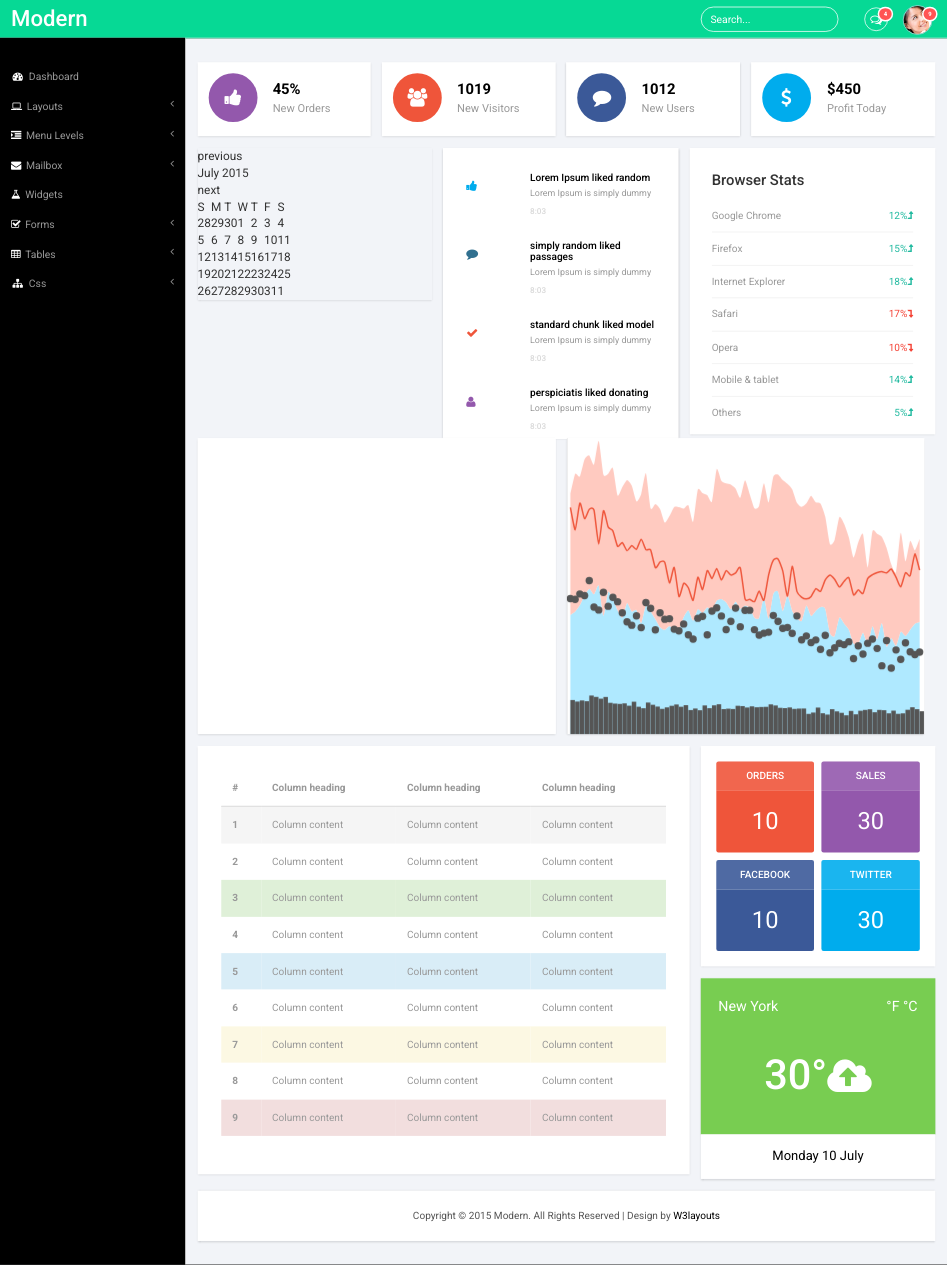
Repository: NomanMustafa/laravel-blog
Page: http://localhost/dashboard
These files come from the project's save history. The page is drawn as it stood at one moment and after the next save; the edit follows.
The browser window is 1280 px wide. The pictures show the whole page, at 74% of full size.
The page is served by the project's Laravel application, run on PHP 8.4 with Laravel 8. A made-up administrator, Test User (test@example.com), is signed in. Other server files are loaded and not shown.

Above is the page before, as saved 2020-07-05 00:04:43.
Console error: ReferenceError: sample_data is not defined

### routes/web.php
<?php

use Illuminate\Support\Facades\Route;

/*
|--------------------------------------------------------------------------
| Web Routes
|--------------------------------------------------------------------------
|
| Here is where you can register web routes for your application. These
| routes are loaded by the RouteServiceProvider within a group which
| contains the "web" middleware group. Now create something great!
|
 */

// Route::get('/', function () {
//     return view('welcome');
// });
Route::get('/', 'PublicControler@index')->name('index');
Route::get('post/{id}', 'PublicControler@singlePost')->name('singlePost');
Route::get('/about', 'PublicControler@about')->name('about');
Route::get('/contect', 'PublicControler@contect')->name('contect');
Route::post('/contect', 'PublicControler@contectPost')->name('contectPost');

Auth::routes();
Route::get('/dashboard', 'HomeController@index')->name('dashboard');

Route::prefix('admin')->group(function(){
    Route::get('/dashboard' , 'AdminController@dashboard')->name('adminDashboard');
});

### resources/views/includes/admin/sideBar.blade.php
<div class="navbar-default sidebar" role="navigation">
                <div class="sidebar-nav navbar-collapse">
                    <ul class="nav" id="side-menu">
                        <li>
                            <a href="index.html"><i class="fa fa-dashboard fa-fw nav_icon"></i>Dashboard</a>
                        </li>
                        <li>
                            <a href="#"><i class="fa fa-laptop nav_icon"></i>Layouts<span class="fa arrow"></span></a>
                            <ul class="nav nav-second-level">
                                <li>
                                    <a href="grids.html">Grid System</a>
                                </li>
                            </ul>
                            <!-- /.nav-second-level -->
                        </li>
                        <li>
                            <a href="#"><i class="fa fa-indent nav_icon"></i>Menu Levels<span class="fa arrow"></span></a>
                            <ul class="nav nav-second-level">
                                <li>
                                    <a href="graphs.html">Graphs</a>
                                </li>
                                <li>
                                    <a href="typography.html">Typography</a>
                                </li>
                            </ul>
                            <!-- /.nav-second-level -->
                        </li>
                        <li>
                            <a href="#"><i class="fa fa-envelope nav_icon"></i>Mailbox<span class="fa arrow"></span></a>
                            <ul class="nav nav-second-level">
                                <li>
                                    <a href="inbox.html">Inbox</a>
                                </li>
                                <li>
                                    <a href="compose.html">Compose email</a>
                                </li>
                            </ul>
                            <!-- /.nav-second-level -->
                        </li>
                        <li>
                            <a href="widgets.html"><i class="fa fa-flask nav_icon"></i>Widgets</a>
                        </li>
                         <li>
                            <a href="#"><i class="fa fa-check-square-o nav_icon"></i>Forms<span class="fa arrow"></span></a>
                            <ul class="nav nav-second-level">
                                <li>
                                    <a href="forms.html">Basic Forms</a>
                                </li>
                                <li>
                                    <a href="validation.html">Validation</a>
                                </li>
                            </ul>
                            <!-- /.nav-second-level -->
                        </li>
                        <li>
                            <a href="#"><i class="fa fa-table nav_icon"></i>Tables<span class="fa arrow"></span></a>
                            <ul class="nav nav-second-level">
                                <li>
                                    <a href="basic_tables.html">Basic Tables</a>
                                </li>
                            </ul>
                            <!-- /.nav-second-level -->
                        </li>
                        <li>
                            <a href="#"><i class="fa fa-sitemap fa-fw nav_icon"></i>Css<span class="fa arrow"></span></a>
                            <ul class="nav nav-second-level">
                                <li>
                                    <a href="media.html">Media</a>
                                </li>
                                <li>
                                    <a href="login.html">Login</a>
                                </li>
                            </ul>
                            <!-- /.nav-second-level -->
                        </li>
                    </ul>
                </div>
                <!-- /.sidebar-collapse -->
            </div>
            <!-- /.navbar-static-side -->

### resources/views/layouts/admin.blade.php
<!--
Author: W3layouts
Author URL: http://w3layouts.com
License: Creative Commons Attribution 3.0 Unported
License URL: http://creativecommons.org/licenses/by/3.0/
-->
<!DOCTYPE HTML>
<html>
<head>
<title>Modern an Admin Panel Category Flat Bootstarp Resposive Website Template | Home :: w3layouts</title>
<meta name="viewport" content="width=device-width, initial-scale=1">
<meta http-equiv="Content-Type" content="text/html; charset=utf-8" />
<meta name="keywords" content="Modern Responsive web template, Bootstrap Web Templates, Flat Web Templates, Andriod Compatible web template,
Smartphone Compatible web template, free webdesigns for Nokia, Samsung, LG, SonyErricsson, Motorola web design" />
<script type="application/x-javascript"> addEventListener("load", function() { setTimeout(hideURLbar, 0); }, false); function hideURLbar(){ window.scrollTo(0,1); } </script>
 <!-- Bootstrap Core CSS -->
<link href="{{ asset('admin/assets/css/bootstrap.min.css') }}" rel='stylesheet' type='text/css' />
<!-- Custom CSS -->
<link href="{{ asset('admin/assets/css/style.css') }}" rel='stylesheet' type='text/css' />
<!-- Graph CSS -->
<link href="{{ asset('admin/assets/css/lines.css') }}" rel='stylesheet' type='text/css' />
<link href="{{ asset('admin/assets/css/font-awesome.css') }}" rel="stylesheet">
<!-- jQuery -->
<script src="{{ asset('admin/assets/js/jquery.min.js') }}"></script>
<!----webfonts--->
<link href='http://fonts.googleapis.com/css?family=Roboto:400,100,300,500,700,900' rel='stylesheet' type='text/css'>
<!---//webfonts--->
<!-- Nav CSS -->
<link href="{{ asset('admin/assets/css/custom.css') }}" rel="stylesheet">
<!-- Metis Menu Plugin JavaScript -->
<script src="{{ asset('admin/assets/js/metisMenu.min.js') }}"></script>
<script src="{{ asset('admin/assets/js/custom.js') }}"></script>
<!-- Graph JavaScript -->
<script src="{{ asset('admin/assets/js/d3.v3.js') }}"></script>
<script src="{{ asset('admin/assets/js/rickshaw.js') }}"></script>
</head>
<body>
@yield('content')
<script>

var seriesData = [ [], [], [], [], [] ];
var random = new Rickshaw.Fixtures.RandomData(50);

for (var i = 0; i < 75; i++) {
	random.addData(seriesData);
}

var graph = new Rickshaw.Graph( {
	element: document.getElementById("chart"),
	renderer: 'multi',

	dotSize: 5,
	series: [
		{
			name: 'temperature',
			data: seriesData.shift(),
			color: '#AFE9FF',
			renderer: 'stack'
		}, {
			name: 'heat index',
			data: seriesData.shift(),
			color: '#FFCAC0',
			renderer: 'stack'
		}, {
			name: 'dewpoint',
			data: seriesData.shift(),
			color: '#555',
			renderer: 'scatterplot'
		}, {
			name: 'pop',
			data: seriesData.shift().map(function(d) { return { x: d.x, y: d.y / 4 } }),
			color: '#555',
			renderer: 'bar'
		}, {
			name: 'humidity',
			data: seriesData.shift().map(function(d) { return { x: d.x, y: d.y * 1.5 } }),
			renderer: 'line',
			color: '#ef553a'
		}
	]
} );


graph.render();

var detail = new Rickshaw.Graph.HoverDetail({
	graph: graph
});
</script>
</div>
	      <!-- map -->
<link href="css/jqvmap.css" rel='stylesheet' type='text/css' />
<script src="js/jquery.vmap.js"></script>
<script src="js/jquery.vmap.sampledata.js" type="text/javascript"></script>
<script src="js/jquery.vmap.world.js" type="text/javascript"></script>
<script type="text/javascript">
	jQuery(document).ready(function() {
		jQuery('#vmap').vectorMap({
		    map: 'world_en',
		    backgroundColor: '#333333',
		    color: '#ffffff',
		    hoverOpacity: 0.7,
		    selectedColor: '#666666',
		    enableZoom: true,
		    showTooltip: true,
		    values: sample_data,
		    scaleColors: ['#C8EEFF', '#006491'],
		    normalizeFunction: 'polynomial'
		});
	});
</script>
<!-- //map -->
       </div>
       <div class="clearfix"> </div>
    </div>
    <div class="content_bottom">
     <div class="col-md-8 span_3">
		  <div class="bs-example1" data-example-id="contextual-table">
		    <table class="table">
		      <thead>
		        <tr>
		          <th>#</th>
		          <th>Column heading</th>
		          <th>Column heading</th>
		          <th>Column heading</th>
		        </tr>
		      </thead>
		      <tbody>
		        <tr class="active">
		          <th scope="row">1</th>
		          <td>Column content</td>
		          <td>Column content</td>
		          <td>Column content</td>
		        </tr>
		        <tr>
		          <th scope="row">2</th>
		          <td>Column content</td>
		          <td>Column content</td>
		          <td>Column content</td>
		        </tr>
		        <tr class="success">
		          <th scope="row">3</th>
		          <td>Column content</td>
		          <td>Column content</td>
		          <td>Column content</td>
		        </tr>
		        <tr>
		          <th scope="row">4</th>
		          <td>Column content</td>
		          <td>Column content</td>
		          <td>Column content</td>
		        </tr>
		        <tr class="info">
		          <th scope="row">5</th>
		          <td>Column content</td>
		          <td>Column content</td>
		          <td>Column content</td>
		        </tr>
		        <tr>
		          <th scope="row">6</th>
		          <td>Column content</td>
		          <td>Column content</td>
		          <td>Column content</td>
		        </tr>
		        <tr class="warning">
		          <th scope="row">7</th>
		          <td>Column content</td>
		          <td>Column content</td>
		          <td>Column content</td>
		        </tr>
		        <tr>
		          <th scope="row">8</th>
		          <td>Column content</td>
		          <td>Column content</td>
		          <td>Column content</td>
		        </tr>
		        <tr class="danger">
		          <th scope="row">9</th>
		          <td>Column content</td>
		          <td>Column content</td>
		          <td>Column content</td>
		        </tr>
		      </tbody>
		    </table>
		   </div>
	   </div>
	   <div class="col-md-4 span_4">
		 <div class="col_2">
		  <div class="box_1">
		   <div class="col-md-6 col_1_of_2 span_1_of_2">
             <a class="tiles_info">
			    <div class="tiles-head red1">
			        <div class="text-center">Orders</div>
			    </div>
			    <div class="tiles-body red">10</div>
			 </a>
		   </div>
		   <div class="col-md-6 col_1_of_2 span_1_of_2">
              <a class="tiles_info tiles_blue">
			    <div class="tiles-head tiles_blue1">
			        <div class="text-center">Sales</div>
			    </div>
			    <div class="tiles-body blue1">30</div>
			  </a>
		   </div>
		   <div class="clearfix"> </div>
		 </div>
		 <div class="box_1">
		   <div class="col-md-6 col_1_of_2 span_1_of_2">
             <a class="tiles_info">
			    <div class="tiles-head fb1">
			        <div class="text-center">Facebook</div>
			    </div>
			    <div class="tiles-body fb2">10</div>
			 </a>
		   </div>
		   <div class="col-md-6 col_1_of_2 span_1_of_2">
              <a class="tiles_info tiles_blue">
			    <div class="tiles-head tw1">
			        <div class="text-center">Twitter</div>
			    </div>
			    <div class="tiles-body tw2">30</div>
			  </a>
		   </div>
		   <div class="clearfix"> </div>
		   </div>
		  </div>
		  <div class="cloud">
			<div class="grid-date">
				<div class="date">
					<p class="date-in">New York</p>
					<span class="date-on">°F °C </span>
					<div class="clearfix"> </div>
				</div>
				<h4>30°<i class="fa fa-cloud-upload"> </i></h4>
			</div>
			<p class="monday">Monday 10 July</p>
		  </div>
		</div>
		<div class="clearfix"> </div>
	    </div>
		<div class="copy">
            <p>Copyright &copy; 2015 Modern. All Rights Reserved | Design by <a href="http://w3layouts.com/" target="_blank">W3layouts</a> </p>
	    </div>
		</div>
       </div>
      <!-- /#page-wrapper -->
   </div>
    <!-- /#wrapper -->
    <!-- Bootstrap Core JavaScript -->
    <script src="js/bootstrap.min.js"></script>
</body>
</html>

### public/admin/assets/css/lines.css

.rickshaw_graph .detail {
	pointer-events: none;
	position: absolute;
	top: 0;
	z-index: 2;
	background: rgba(0, 0, 0, 0.1);
	bottom: 0;
	width: 1px;
	transition: opacity 0.25s linear;
	-moz-transition: opacity 0.25s linear;
	-o-transition: opacity 0.25s linear;
	-webkit-transition: opacity 0.25s linear;
}
.rickshaw_graph .detail.inactive {
	opacity: 0;
}
.rickshaw_graph .detail .item.active {
	opacity: 1;
}
.rickshaw_graph .detail .x_label {
	font-family: Arial, sans-serif;
	border-radius: 3px;
	padding: 6px;
	opacity: 0.5;
	border: 1px solid #e0e0e0;
	font-size: 12px;
	position: absolute;
	background: white;
	white-space: nowrap;
}
.rickshaw_graph .detail .x_label.left {
	left: 0;
}
.rickshaw_graph .detail .x_label.right {
	right: 0;
}
.rickshaw_graph .detail .item {
	position: absolute;
	z-index: 2;
	border-radius: 3px;

	font-size: 12px;
	font-family: Arial, sans-serif;
	opacity: 0;
	background: rgba(0, 0, 0, 0.4);
	color: white;
	border: 1px solid rgba(0, 0, 0, 0.4);
	margin-left: 1em;
	margin-right: 1em;
	margin-top: -1em;
	white-space: nowrap;
}
.rickshaw_graph .detail .item.left {
	left: 0;
}
.rickshaw_graph .detail .item.right {
	right: 0;
}
.rickshaw_graph .detail .item.active {
	opacity: 1;
	background: rgba(0, 0, 0, 0.8);
}
.rickshaw_graph .detail .item:after {
	position: absolute;
	display: block;
	width: 0;
	height: 0;

	content: "";

	border: 5px solid transparent;
}
.rickshaw_graph .detail .item.left:after {
	top: 1em;
	left: -5px;
	margin-top: -5px;
	border-right-color: rgba(0, 0, 0, 0.8);
	border-left-width: 0;
}
.rickshaw_graph .detail .item.right:after {
	top: 1em;
	right: -5px;
	margin-top: -5px;
	border-left-color: rgba(0, 0, 0, 0.8);
	border-right-width: 0;
}
.rickshaw_graph .detail .dot {
	width: 4px;
	height: 4px;
	margin-left: -3px;
	margin-top: -3.5px;
	border-radius: 5px;
	position: absolute;
	box-shadow: 0 0 2px rgba(0, 0, 0, 0.6);
	box-sizing: content-box;
	-moz-box-sizing: content-box;
	background: white;
	border-width: 2px;
	border-style: solid;
	display: none;
	background-clip: padding-box;
}
.rickshaw_graph .detail .dot.active {
	display: block;
}
/* graph */
#chart {
  width: 649px !important;
  height: 400px !important;
  background-color: #fff;
}
.rickshaw_graph {
	position: relative;
}
.rickshaw_graph svg {
  display: block;
  overflow: hidden;
}
@media (max-width:1366px){
#chart {
  width:533px !important;
}
}
@media (max-width:1280px){
#chart {
  width:483px !important;
}
canvas#doughnut, canvas#line, canvas#polarArea, #bar, #pie, #radar {
  width: 308px !important;
  height: 220px !important;
}
}
@media (max-width:1024px){
#chart {
  width:360px !important;
  height:300px !important;
}
}
@media (max-width:768px){
#chart {
  width:468px !important;
  height: 300px !important;
}
}
@media (max-width:736px){
#chart {
  width:685px !important;
  height: 300px !important;
}
}
@media (max-width:640px){
#chart {
  width:580px !important;
  height:250px !important;
}
}
@media (max-width:540px){
#chart {
  width:464px !important;
  height:250px !important;
}
}
@media (max-width:480px){
#chart {
  width:447px !important;
  height:250px !important;
}
}
@media (max-width:320px){
#chart {
  width:298px !important;
  height:250px !important;
}
.copy {
  padding: 10px;
}
.copy p{
  font-size:13px;
}
.btn-group-lg>.btn, .btn-lg {
  padding: 6px 7px;
  font-size: 16px;
}
.label {
  font-size: 56%;
}
.pagination-lg>li>a, .pagination-lg>li>span {
  padding: 8px 13px;
  font-size: 15px;
}
.nav>li>a {
  padding: 7px 8px;
}
.modal-dialog {
  width: 245px !important;
}
}

### public/admin/assets/css/custom.css
#wrapper {
    width: 100%;
}
#page-wrapper {
    /*--padding: 0 15px;--*/
    min-height: 568px;
    background-color: #fff;
}

@media(min-width:768px) {
    #page-wrapper {
        position: inherit;
        margin: 0 0 0 250px;
        /*--padding: 0 30px;--*/
        border-left: 1px solid #e7e7e7;
    }
}

.navbar-top-links {
    margin-right: 0;
}

.navbar-top-links li {
    display: inline-block;
}

.navbar-top-links li:last-child {
    margin-right: 15px;
}

.navbar-top-links li a {
    padding: 15px;
    min-height: 50px;
}

.navbar-top-links .dropdown-menu li {
    display: block;
}

.navbar-top-links .dropdown-menu li:last-child {
    margin-right: 0;
}

.navbar-top-links .dropdown-menu li a {
    padding: 3px 20px;
    min-height: 0;
}

.navbar-top-links .dropdown-menu li a div {
    white-space: normal;
}

.navbar-top-links .dropdown-messages,
.navbar-top-links .dropdown-tasks,
.navbar-top-links .dropdown-alerts {
    width: 310px;
    min-width: 0;
}
.navbar-top-links .dropdown-messages {
    margin-left: 5px;
}
.navbar-top-links .dropdown-tasks {
    margin-left: -59px;
}

.navbar-top-links .dropdown-alerts {
    margin-left: -123px;
}

.navbar-top-links .dropdown-user {
    right: 0;
    left: auto;
}

.sidebar .sidebar-nav.navbar-collapse {
    padding-right: 0;
    padding-left: 0;
}

.sidebar .sidebar-search {
    padding: 15px;
}
.sidebar .arrow {
    float: right;
}

.sidebar .fa.arrow:before {
    content: "\f104";
}

.sidebar .active>a>.fa.arrow:before {
    content: "\f107";
}

.sidebar .nav-second-level li,
.sidebar .nav-third-level li {
    border-bottom: 0!important;
}

.sidebar .nav-second-level li a {
    padding-left: 37px;
}

.sidebar .nav-third-level li a {
    padding-left: 52px;
}

@media(min-width:768px) {
    .sidebar {
        z-index: 1;
        position: absolute;
        width: 250px;
        margin-top: 51px;
    }

    .navbar-top-links .dropdown-messages,
    .navbar-top-links .dropdown-tasks,
    .navbar-top-links .dropdown-alerts {
        margin-left: auto;
    }
}

### public/admin/assets/css/jqvmap.css
/*!
 * jQVMap Version 1.0
 *
 * http://jqvmap.com
 *
 * Copyright 2012, Peter Schmalfeldt <manifestinteractive@gmail.com>
 * Licensed under the MIT license.
 *
 * Fork Me @ https://github.com/manifestinteractive/jqvmap
 */
.jqvmap-label
{
	position: absolute;
	display: none;
	-webkit-border-radius: 3px;
	-moz-border-radius: 3px;
	border-radius: 3px;
	background: #292929;
	color: white;
	font-family: sans-serif, Verdana;
	font-size: smaller;
	padding: 3px;
}
.jqvmap-zoomin, .jqvmap-zoomout
{
  position: absolute;
  left: 10px;
  -webkit-border-radius: 3px;
  -moz-border-radius: 3px;
  border-radius: 3px;
  background: #000000;
  padding: 1px;
  color: white;
  width: 10px;
  height: 10px;
  cursor: pointer;
  line-height: 9px;
  text-align: center;
}
.jqvmap-zoomin
{
	top: 10px;
}
.jqvmap-zoomout
{
	top: 30px;
}
.jqvmap-region
{
  cursor: pointer;
}
.jqvmap-ajax_response
{
  width: 100%;
  height: 500px;
}

Loaded but not shown: app/Providers/AppServiceProvider.php (common file); app/Http/Controllers/Auth/LoginController.php (common file); app/Http/Controllers/Controller.php (common file); app/Http/Controllers/Auth/ConfirmPasswordController.php (common file); app/User.php (common file); app/Http/Controllers/HomeController.php (common file); public/admin/assets/css/bootstrap.min.css (library); public/admin/assets/css/font-awesome.css (library); public/admin/assets/js/jquery.min.js (library); public/admin/assets/js/metisMenu.min.js (common file); public/admin/assets/js/d3.v3.js (library); public/admin/assets/js/jquery.vmap.js (library); public/admin/assets/js/jquery.vmap.sampledata.js (common file); public/admin/assets/js/jquery.vmap.world.js (library); public/admin/assets/js/bootstrap.min.js (library); public/admin/assets/js/rickshaw.js (3908 lines, source omitted); public/admin/assets/js/custom.js (36 lines, source omitted); public/admin/assets/css/style.css (2713 lines, source omitted); resources/views/dashboard.blade.php (156 lines, source omitted); resources/views/includes/admin/headerNavigation.blade.php (97 lines, source omitted)

After the next save:
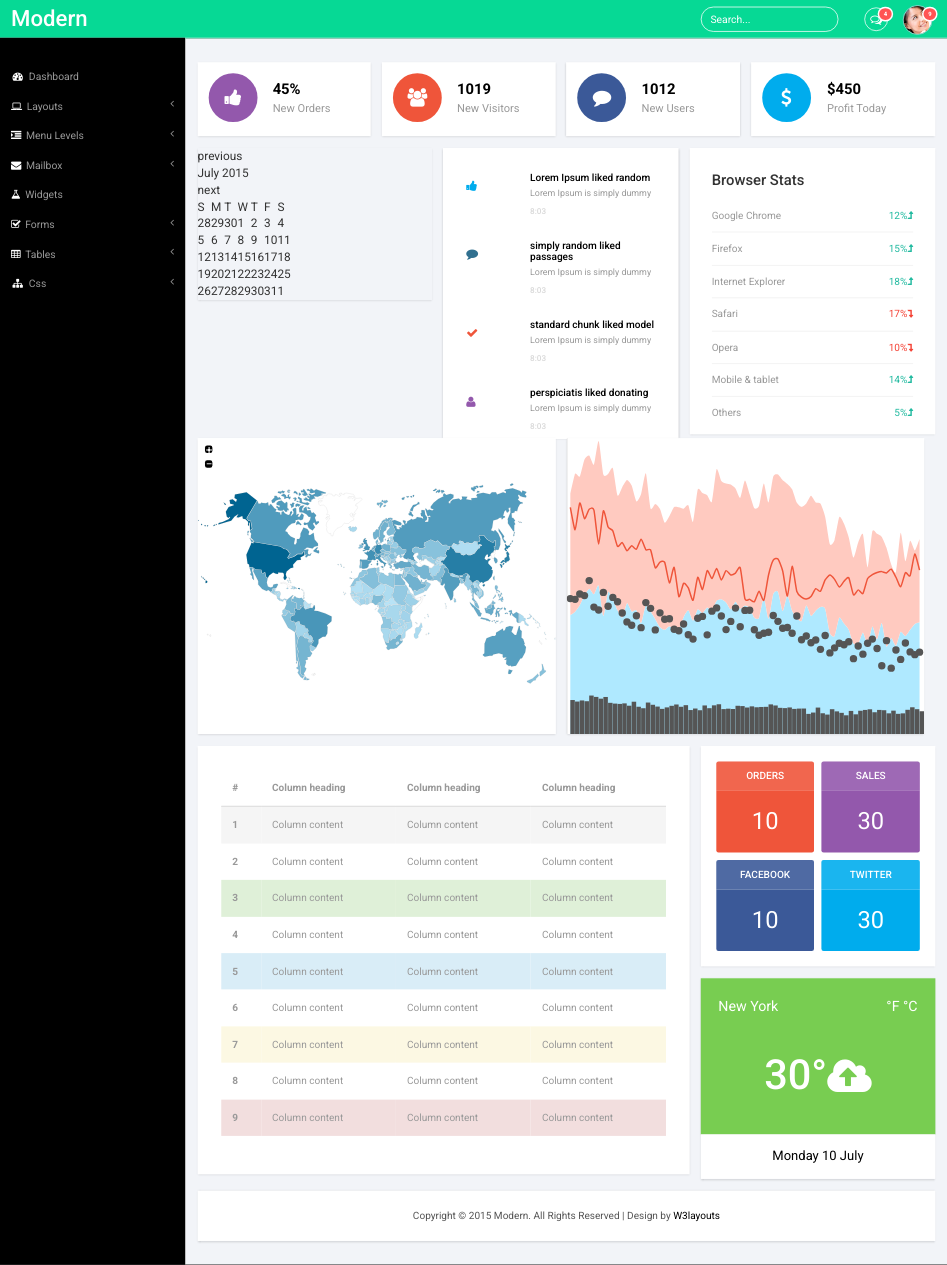
The error is gone.
Saved 3 min 22 s later.
--- a/resources/views/layouts/admin.blade.php
+++ b/resources/views/layouts/admin.blade.php
@@ -89,10 +89,10 @@ var detail = new Rickshaw.Graph.HoverDetail({
 </script>
 </div>
 	      <!-- map -->
-<link href="css/jqvmap.css" rel='stylesheet' type='text/css' />
-<script src="js/jquery.vmap.js"></script>
-<script src="js/jquery.vmap.sampledata.js" type="text/javascript"></script>
-<script src="js/jquery.vmap.world.js" type="text/javascript"></script>
+<link href="{{ asset('admin/assets/css/jqvmap.css') }}" rel='stylesheet' type='text/css' />
+<script src="{{ asset('admin/assets/js/jquery.vmap.js') }}"></script>
+<script src="{{ asset('admin/assets/js/jquery.vmap.sampledata.js') }}" type="text/javascript"></script>
+<script src="{{ asset('admin/assets/js/jquery.vmap.world.js') }}" type="text/javascript"></script>
 <script type="text/javascript">
 	jQuery(document).ready(function() {
 		jQuery('#vmap').vectorMap({
@@ -248,6 +248,6 @@ var detail = new Rickshaw.Graph.HoverDetail({
    </div>
     <!-- /#wrapper -->
     <!-- Bootstrap Core JavaScript -->
-    <script src="js/bootstrap.min.js"></script>
+    <script src="{{ asset('admin/assets/js/bootstrap.min.js') }}"></script>
 </body>
 </html>
